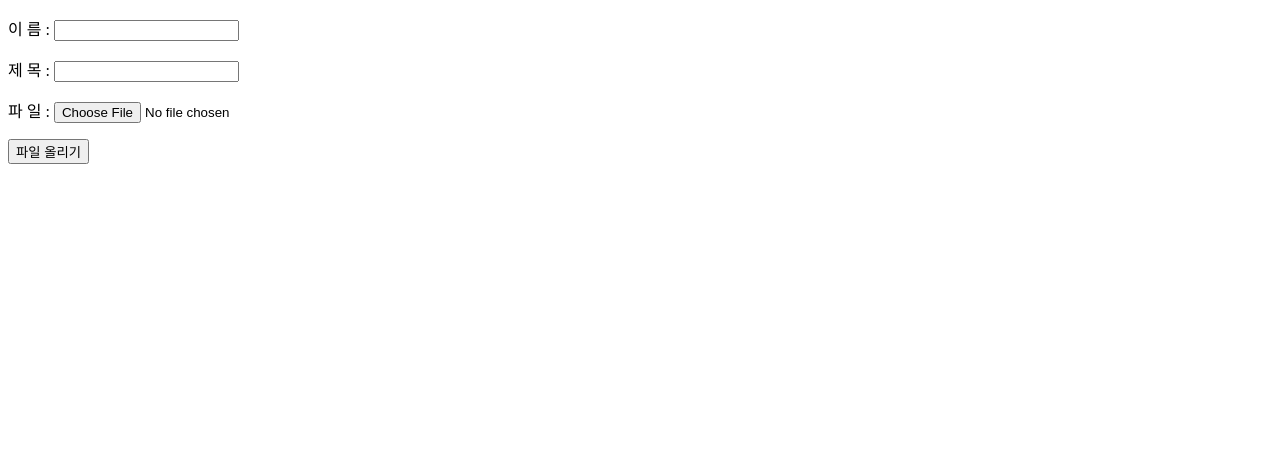
Repository: byeolchorong/ITedunet
Page: http://localhost/JSPBook/chapter07/fileupload02.jsp
The author's editor kept a copy of each file at every save. The page is drawn from the files as they stood at one save, then again after the next save.
The browser window is 1280 px wide. The pictures show the whole page.
The page is served by Tomcat 10. Nobody is signed in. The application's start-up code is not run.

Above is the page before, as saved 2025-05-27 06:52:45.

After the next save:
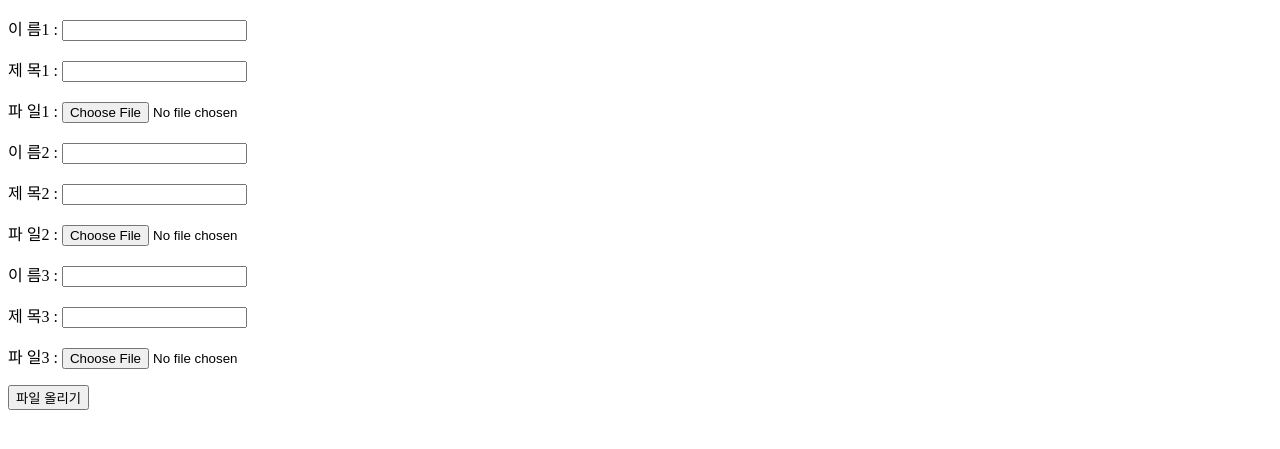
Saved 45 s later.
--- a/JSP/JSPBook/src/main/webapp/chapter07/fileupload02.jsp
+++ b/JSP/JSPBook/src/main/webapp/chapter07/fileupload02.jsp
@@ -8,9 +8,15 @@
 </head>
 <body>
 	<form method="post" enctype="multipart/form-data" action="exam7_2">
-		<p> 이 름 : <input type="text" name="name">
-		<p> 제 목 : <input type="text" name="subject">
-		<p> 파 일 : <input type="file" name="filename">
+		<p> 이 름1 : <input type="text" name="name1">
+		<p> 제 목1 : <input type="text" name="subject1">
+		<p> 파 일1 : <input type="file" name="filename1">
+		<p> 이 름2 : <input type="text" name="name2">
+		<p> 제 목2 : <input type="text" name="subject2">
+		<p> 파 일2 : <input type="file" name="filename2">
+		<p> 이 름3 : <input type="text" name="name3">
+		<p> 제 목3 : <input type="text" name="subject3">
+		<p> 파 일3 : <input type="file" name="filename3">
 		<p> <input type="submit" value="파일 올리기">
 	</form>
 </body>
